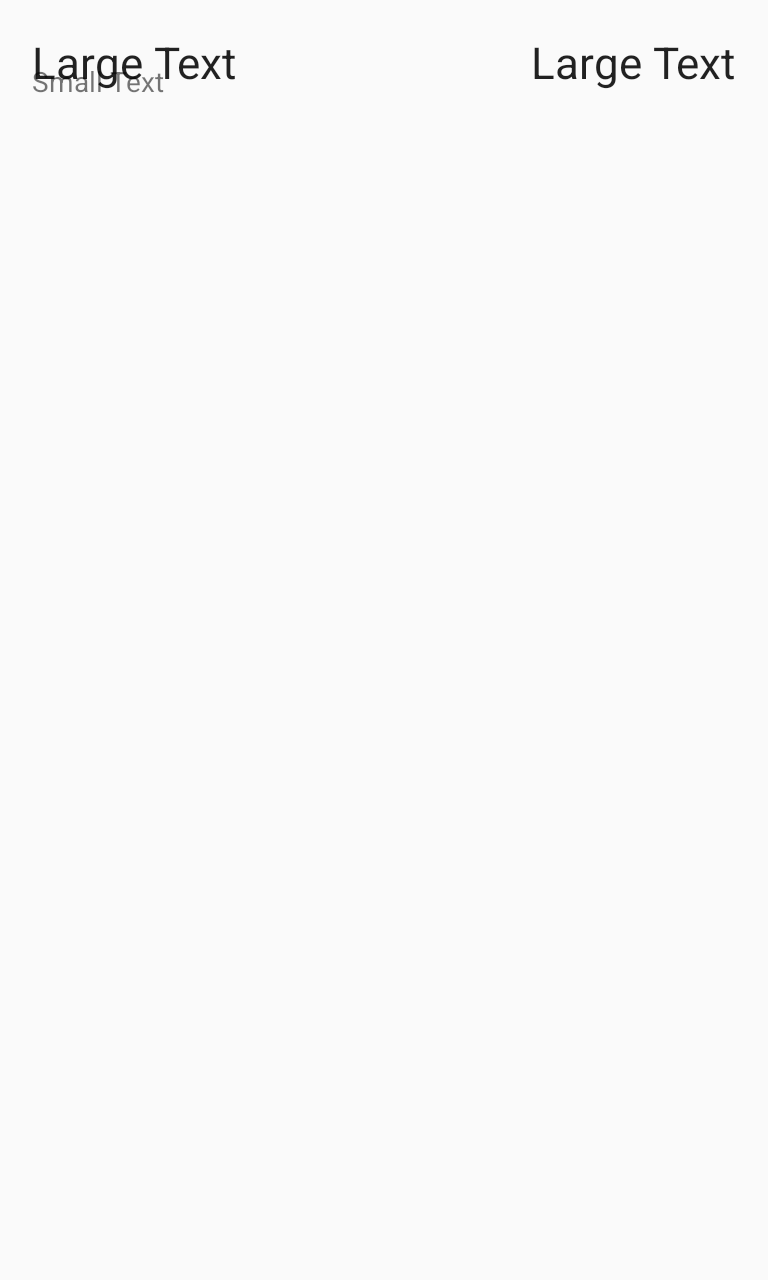
Repository: thneumann/AndroidDenonAlarmClock
Layout: MyDenonAlarmClock/res/layout/alarmlistrow.xml
The author's editor kept a copy of each file at every save. The layout is drawn from the files as they stood at one save, then again after the next save.
It is drawn on a 768 x 1280 px phone screen (xhdpi) without system bars, with theme AppTheme; the app's code is not run.

Above is the layout before, as saved 2014-11-02 21:29:02.

### MyDenonAlarmClock/res/layout/alarmlistrow.xml
<?xml version="1.0" encoding="utf-8"?>
<RelativeLayout xmlns:android="http://schemas.android.com/apk/res/android"
    xmlns:tools="http://schemas.android.com/tools"
    android:id="@+id/RelativeLayout1"
    android:layout_width="match_parent"
    android:layout_height="match_parent"
    android:orientation="vertical"
    android:paddingBottom="@dimen/activity_vertical_margin"
    android:paddingLeft="@dimen/activity_horizontal_margin"
    android:paddingRight="@dimen/activity_horizontal_margin"
    android:paddingTop="@dimen/activity_vertical_margin" >

    <TextView
        android:id="@+id/textViewName"
        android:layout_width="wrap_content"
        android:layout_height="wrap_content"
        android:layout_alignParentLeft="true"
        android:layout_alignParentTop="true"
        android:text="Large Text"
        android:textAppearance="?android:attr/textAppearanceLarge" />

    <TextView
        android:id="@+id/textViewTime"
        android:layout_width="wrap_content"
        android:layout_height="wrap_content"
        android:layout_alignBaseline="@+id/textView1"
        android:layout_alignBottom="@+id/textView1"
        android:layout_alignParentRight="true"
        android:text="Large Text"
        android:textAppearance="?android:attr/textAppearanceLarge" />

    <TextView
        android:id="@+id/textViewDays"
        android:layout_width="wrap_content"
        android:layout_height="wrap_content"
        android:layout_alignLeft="@+id/textView1"
        android:layout_below="@+id/textView1"
        android:layout_marginTop="15dp"
        android:text="Small Text"
        android:textAppearance="?android:attr/textAppearanceSmall" />

</RelativeLayout>

Loaded but not shown: MyDenonAlarmClock/res/values/styles.xml (common file); MyDenonAlarmClock/res/values-v11/styles.xml (common file); MyDenonAlarmClock/res/values-v14/styles.xml (common file); MyDenonAlarmClock/res/values/dimens.xml (common file); MyDenonAlarmClock/res/values-w820dp/dimens.xml (common file)

After the next save:
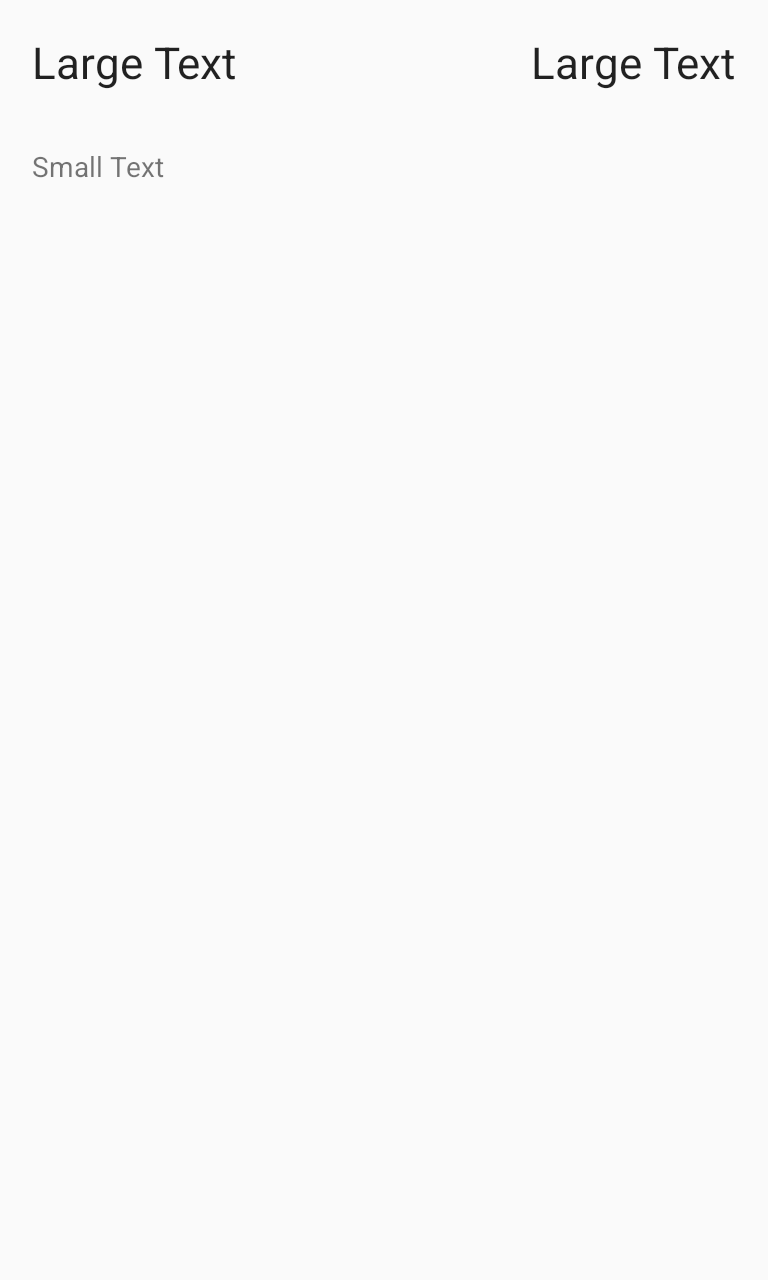
Saved 56 s later.
--- a/MyDenonAlarmClock/res/layout/alarmlistrow.xml
+++ b/MyDenonAlarmClock/res/layout/alarmlistrow.xml
@@ -33,9 +33,9 @@
         android:id="@+id/textViewDays"
         android:layout_width="wrap_content"
         android:layout_height="wrap_content"
-        android:layout_alignLeft="@+id/textView1"
-        android:layout_below="@+id/textView1"
-        android:layout_marginTop="15dp"
+        android:layout_alignLeft="@+id/textViewName"
+        android:layout_below="@+id/textViewName"
+        android:layout_marginTop="28dp"
         android:text="Small Text"
         android:textAppearance="?android:attr/textAppearanceSmall" />
 
